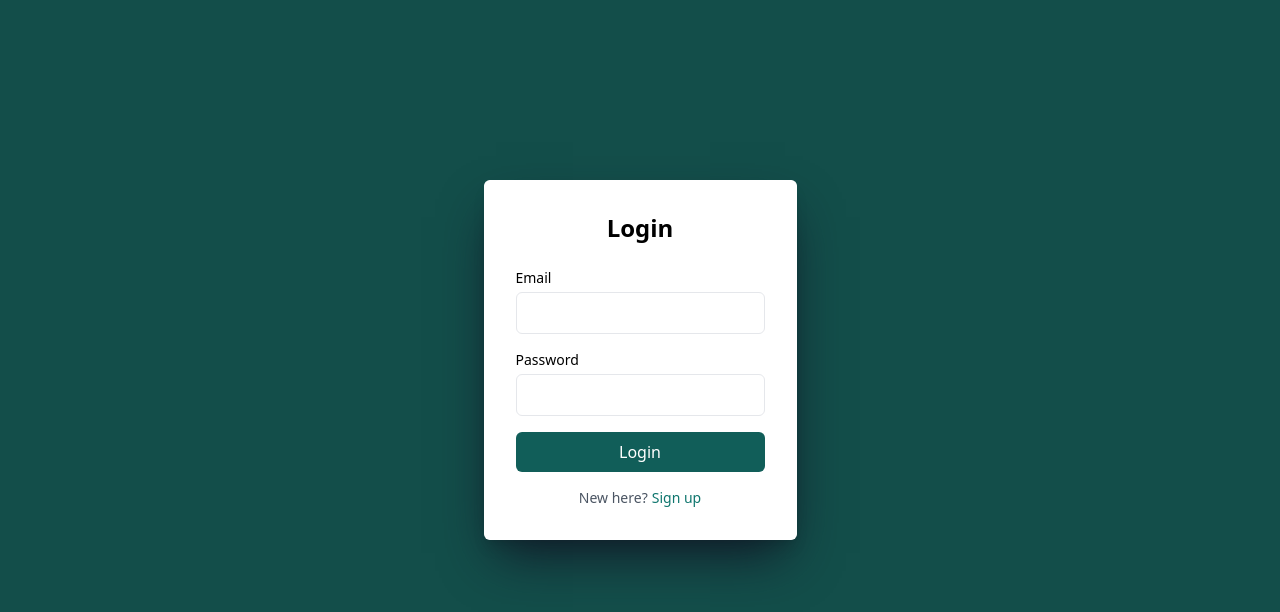
Repository: alizey12/POS-React-website
Page: /
These files come from the project's save history. The page is drawn as it stood at one moment and after the next save; the edit follows.
The browser window is 1280 px wide. The pictures show the whole page.
The project was rebuilt for these pictures with package versions that can differ from the ones it lists, and the page was loaded fresh each time. Also part of the build but not shown: vite.config.js, src/navbar.jsx, src/sidebar.jsx, src/Dashboard.jsx.

Above is the page before, as saved 2024-12-31 15:51:08.

### src/App.jsx
import { BrowserRouter as Router, Routes, Route } from 'react-router-dom';
import LoginPage from "./login"
import Dashboard from './Dashboard';

function App() {
  return (
    <Router>
      <Routes>
        <Route path="/" element={<LoginPage />} />
        <Route path="/dashboard" element={<Dashboard />} />
      </Routes>
    </Router>
  );
}

export default App;

### src/login.jsx
import { useState } from 'react';
import toast, { Toaster } from 'react-hot-toast';
import { useNavigate } from 'react-router-dom';

const SignupLogin = () => {
  const [isLogin, setIsLogin] = useState(true);
  const [formData, setFormData] = useState({
    email: '',
    password: '',
    confirmPassword: '',
    Role:''

  });
  const [errors, setErrors] = useState({});
  const [storedUser, setStoredUser] = useState(null);
  const navigate = useNavigate();

  const toggleForm = () => setIsLogin(!isLogin);

  const handleChange = (e) => {
    const { name, value } = e.target;
    setFormData({ ...formData, [name]: value });
    setErrors({ ...errors, [name]: '' }); // Clear error on change
  };

  const validateForm = () => {
    const newErrors = {};
    if (!formData.email) newErrors.email = 'Please enter email';
    if (!formData.password) newErrors.password = 'Please enter password';
    if (!isLogin && formData.password !== formData.confirmPassword) {
      newErrors.confirmPassword = 'Passwords do not match';
    }
    setErrors(newErrors);
    return Object.keys(newErrors).length === 0;
  };

  const handleSubmit = (e) => {
    e.preventDefault();
    if (!validateForm()) return;

    const { email, password } = formData;

    if (isLogin) {
      if (storedUser && email === storedUser.email && password === storedUser.password) {
        toast.success('Login successful!');
        setTimeout(() => navigate('/dashboard'), 1500);
      } else {
        toast.error('Your email or password is incorrect. Please try again.');
      }
    } else {
      setStoredUser({ email, password });
      toast.success('Signup successful!');
      setTimeout(() => setIsLogin(true), 1500);
    }
  };

  return (
    <div className="flex items-center justify-center min-h-screen bg-teal-900 to-yellow-500">
      <div className=" bg-white w-1/3 sm:w-auto shadow-lg rounded-lg">

        <div className="w-full bg-white rounded-md shadow-gray-900 shadow-2xl p-8 justify-center">
          <h2 className="text-2xl font-bold text-center ">
            {isLogin ? 'Login' : 'Sign Up'}
          </h2>
          <form onSubmit={handleSubmit} className="mt-6 space-y-4">
            <div>
              <label className="block text-sm font-medium ">Email</label>
              <input
                type="email"
                name="email"
                value={formData.email}
                onChange={handleChange}
                className="mt-1 block w-full p-2 border rounded-md focus:outline-none focus:ring-blue-500 focus:border-blue-500"
              />
              {errors.email && <p className="text-red-500 text-sm mt-1">{errors.email}</p>}
            </div>
            <div>
              <label className="block text-sm font-medium ">Password</label>
              <input
                type="password"
                name="password"
                value={formData.password}
                onChange={handleChange}
                className="mt-1 block w-full p-2 border rounded-md focus:outline-none focus:ring-blue-500 focus:border-blue-500"
              />
              {errors.password && <p className="text-red-500 text-sm mt-1">{errors.password}</p>}
            </div>
            {!isLogin && (
              <><div>
                <label className="block text-sm font-medium ">Confirm Password</label>
                <input
                  type="password"
                  name="confirmPassword"
                  value={formData.confirmPassword}
                  onChange={handleChange}
                  className="mt-1 block w-full p-2 border rounded-md focus:outline-none focus:ring-blue-500 focus:border-blue-500" />
                {errors.confirmPassword && <p className="text-red-500 text-sm mt-1">{errors.confirmPassword}</p>}
              </div><div>
                  <label className="block text-sm font-medium "> Role</label>
                  <input
                    type="Role"
                    name="Role"
                    value={formData.Role}
                    onChange={handleChange}
                    className="mt-1 block w-full p-2 border rounded-md focus:outline-none focus:ring-blue-500 focus:border-blue-500" />
                  {errors.Role && <p className="text-red-500 text-sm mt-1">{errors.Role}</p>}
                </div></>
            )}
            <button
              type="submit"
              className="w-full bg-teal-800 text-white p-2 rounded-md hover:bg-teal-600 focus:outline-none focus:ring-2 focus:ring-blue-500 focus:ring-offset-2"
            >
              {isLogin ? 'Login' : 'Sign Up'}
            </button>
          </form>
          <p className="text-center text-sm text-gray-600 mt-4">
            {isLogin ? 'New here?' : 'Already have an account?'}
            <button
              type="button"
              onClick={toggleForm}
              className="ml-1 text-teal-700 hover:underline"
            >
              {isLogin ? 'Sign up' : 'Login'}
            </button>
          </p>
        </div>
      </div>
      <Toaster />
    </div>
  );
};

export default SignupLogin;

Loaded but not shown: index.html (common file); src/main.jsx (common file); src/index.css (common file); tailwind.config.js (common file)

After the next save:
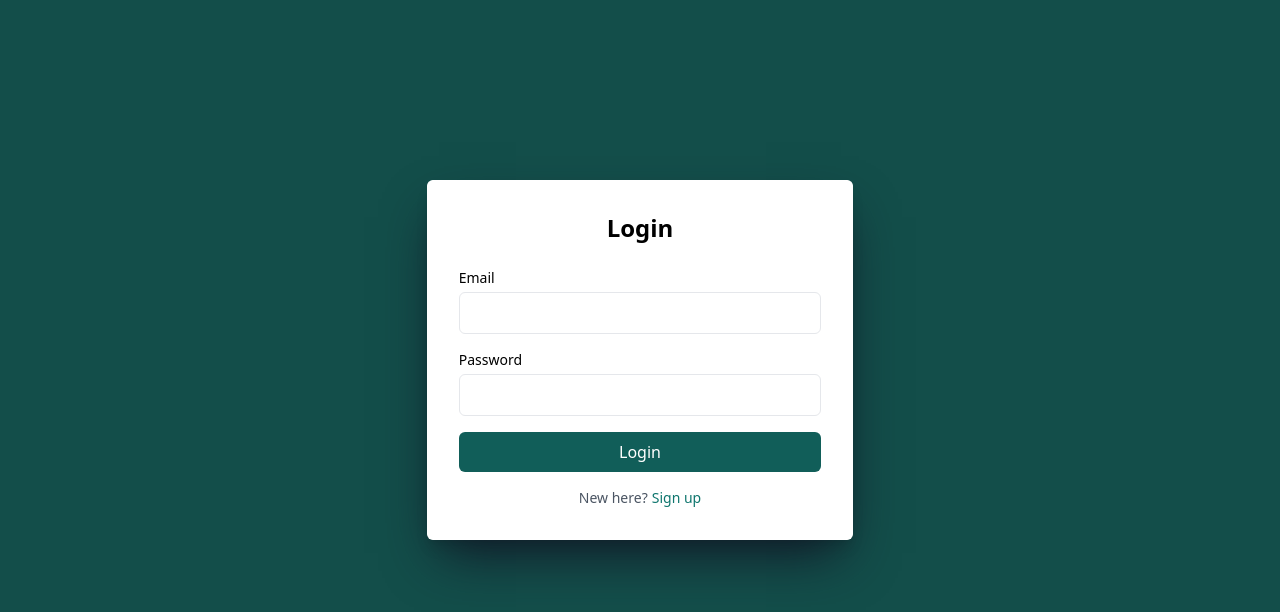
Saved 14 s later.
--- a/src/login.jsx
+++ b/src/login.jsx
@@ -56,7 +56,7 @@ const SignupLogin = () => {
 
   return (
     <div className="flex items-center justify-center min-h-screen bg-teal-900 to-yellow-500">
-      <div className=" bg-white w-1/3 sm:w-auto shadow-lg rounded-lg">
+      <div className=" bg-white w-1/3 shadow-lg rounded-lg">
 
         <div className="w-full bg-white rounded-md shadow-gray-900 shadow-2xl p-8 justify-center">
           <h2 className="text-2xl font-bold text-center ">
